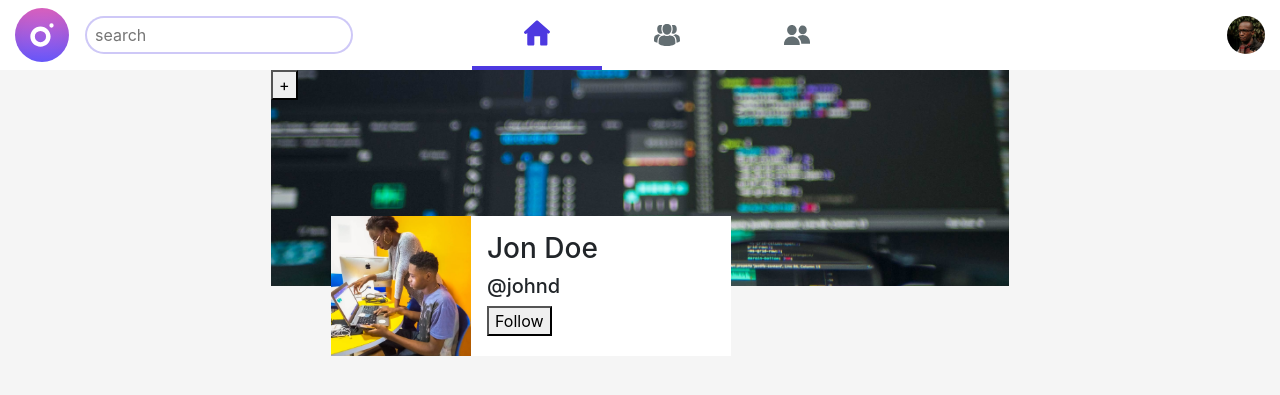
Repository: Flovet-stack/memic
Page: admin-profile.html
The author's editor kept a copy of each file at every save. The page is drawn from the files as they stood at one save, then again after the next save.
The browser window is 1280 px wide. The pictures show the whole page.
Some web fonts or font styles are not loaded; a fallback is used.

Above is the page before, as saved 2020-10-27 23:10:24.
Console error: TypeError: Cannot read properties of undefined (reading 'fn')

After the next save:
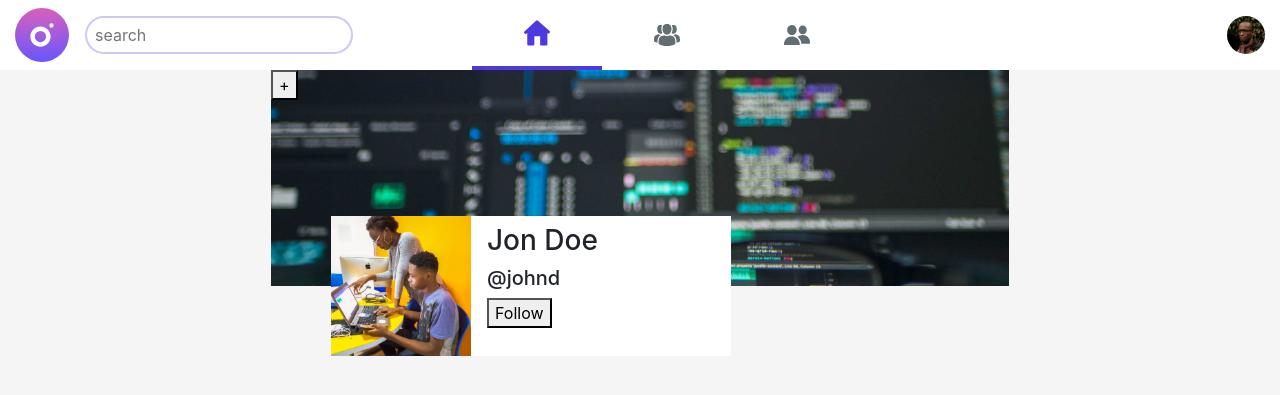
Saved 22 s later.
--- a/css/admin-profile.css
+++ b/css/admin-profile.css
@@ -30,5 +30,5 @@
     height: 100%;
 }
 .profile-info-details {
-    padding: var(--padding-2);
+    padding: var(--padding-1) var(--padding-2);
 }

After the save that followed:
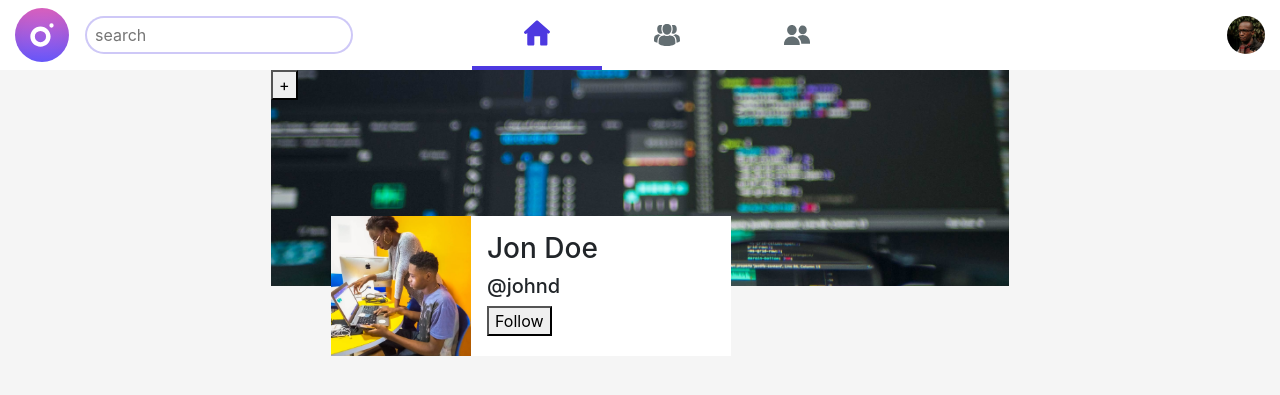
Saved 9 s later.
--- a/css/admin-profile.css
+++ b/css/admin-profile.css
@@ -30,5 +30,5 @@
     height: 100%;
 }
 .profile-info-details {
-    padding: var(--padding-1) var(--padding-2);
+    padding: var(--padding-2) var(--padding-2);
 }
